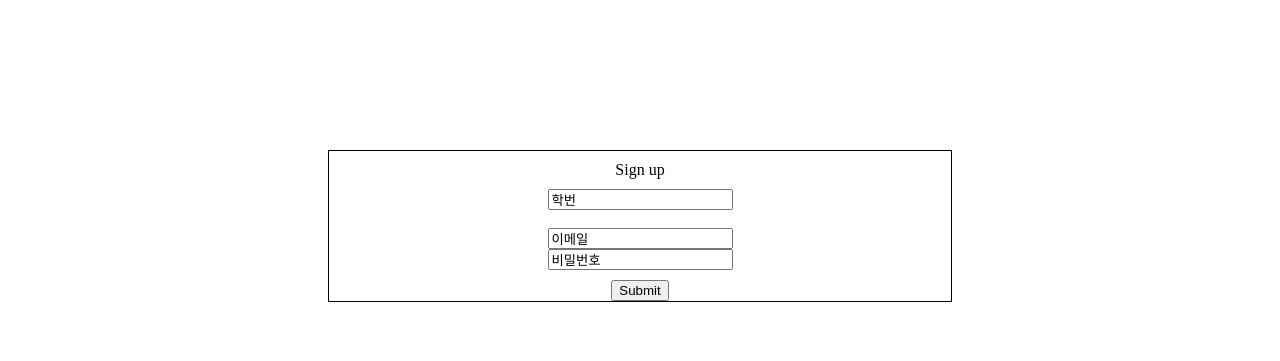
Repository: smandkd/Multicampus_Frontend
Page: http://localhost/Mulcam_Project/jsp/signup.jsp
These files come from the project's save history. The page is drawn as it stood at one moment and after the next save; the edit follows.
The browser window is 1280 px wide. The pictures show the whole page.
The page is served by Tomcat 9.

Above is the page before, as saved 2022-01-30 02:33:38.

### Mulcam_Project/jsp/signup.jsp
<%@ page contentType="text/html; charset=utf-8"
    pageEncoding="EUC-KR"%>
<!DOCTYPE html>
<html>
<head>
<meta name="viewport" content="width=device-width, initial-scale=1.0">
<style type="text/css">
.a {
	text-align:center;
	margin-right:320px;
	margin-left:320px;
	margin-top:150px;
	padding-top:10px;
	border:1px solid;
}
.b {
	margin-top:10px;
}
.c {
	margin-bottom:10px;
}
.d {

}
</style>
</head>
<body>

<div class="a">
	Sign up
	<div>
		<div class="b">
			<input type="text" value="학번"/>
		</div>
		<br/>
		<div class="d">
			<input type="text" value="이메일"/>
		</div>
		<div class="c">
			<input type="text" value="비밀번호"/>
		</div>
	</div>
	<div>
		<input type="submit"/>
	</div>
</div>
</body>
</html>

After the next save:
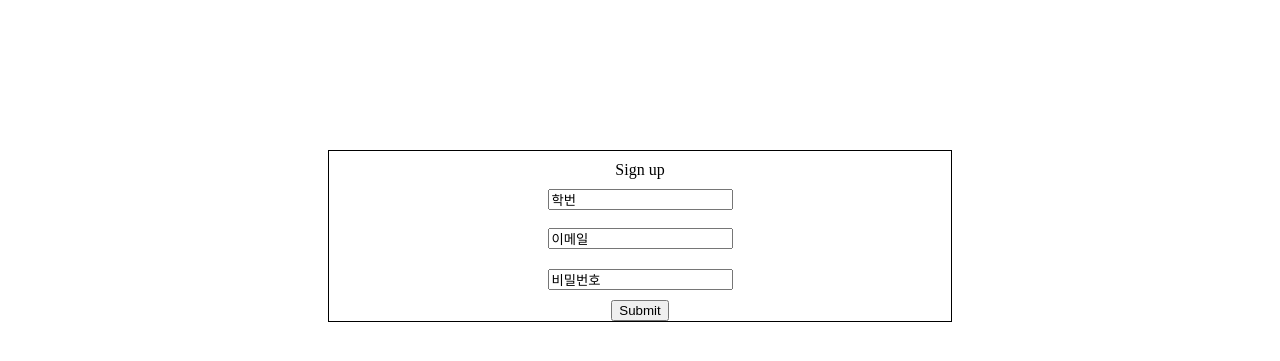
Saved 11 s later.
--- a/Mulcam_Project/jsp/signup.jsp
+++ b/Mulcam_Project/jsp/signup.jsp
@@ -20,7 +20,7 @@
 	margin-bottom:10px;
 }
 .d {
-
+	margin-bottom:20px;
 }
 </style>
 </head>
